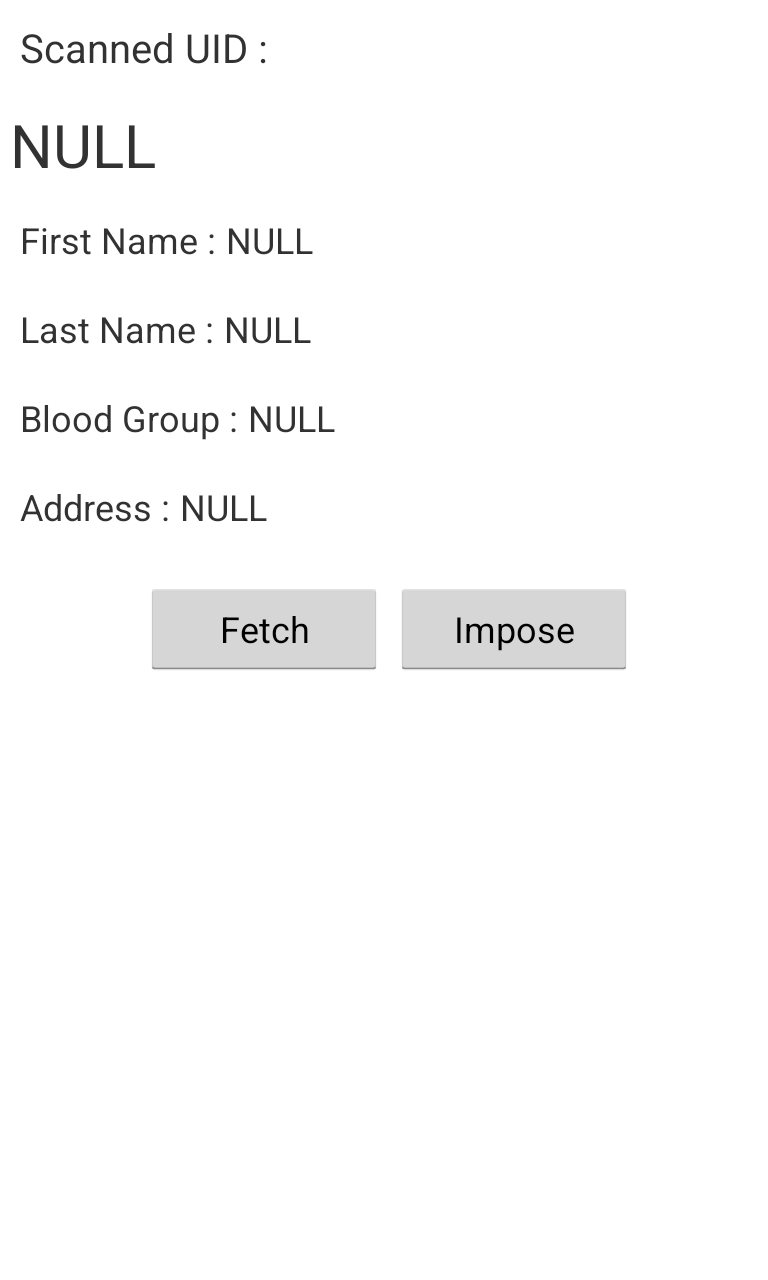
Repository: LennoxAlexion/UID
Layout: Android App/Uid-Project/res/layout/activity_qr_result.xml
These files come from the project's save history. The layout is drawn as it stood at one moment and after the next save; the edit follows.
It is drawn on a 768 x 1280 px phone screen (xhdpi) without system bars, with theme AppTheme; the app's code is not run.

Above is the layout before, as saved 2015-03-29 07:09:25.

After the next save:
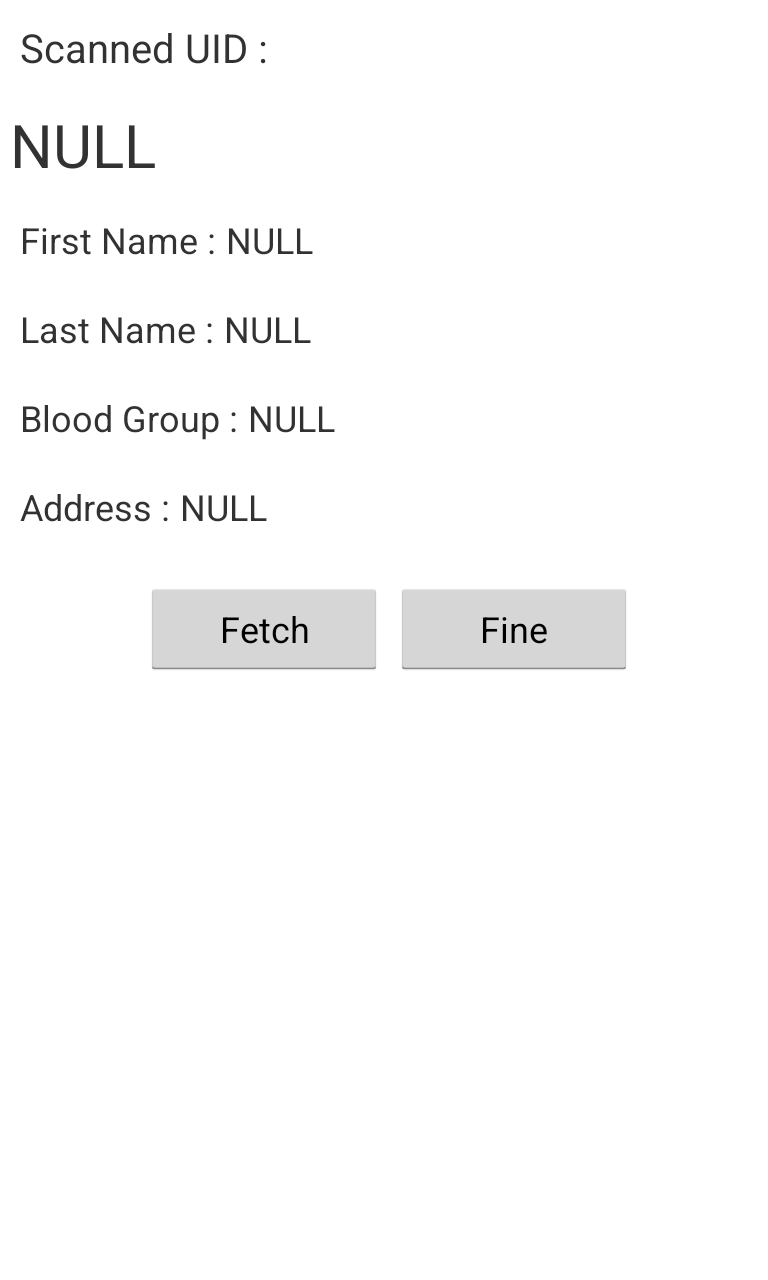
Saved 6 s later.
--- a/Android App/Uid-Project/res/layout/activity_qr_result.xml
+++ b/Android App/Uid-Project/res/layout/activity_qr_result.xml
@@ -130,7 +130,7 @@
             android:layout_width="120dp"
             android:layout_height="wrap_content"
 
-            android:text="Impose" />
+            android:text="Fine" />
 
     </LinearLayout>
 
